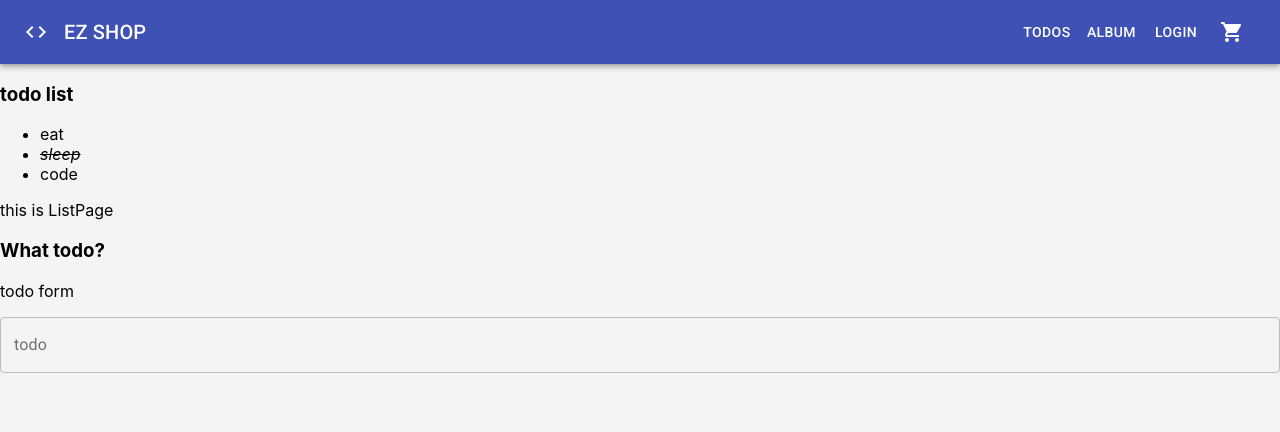
Repository: anhmuoi/learn-reactjs
Page: /todos
An editor plug-in stored every save of this project. The page is shown before and after the next save, followed by the edit.
The browser window is 1280 px wide. The pictures show the whole page.
The project was rebuilt for these pictures with package versions that can differ from the ones it lists, and the page was loaded fresh each time. Also part of the build but not shown: src/components/form-controls/PasswordField/index.js, src/features/Auth/components/LoginForm/index.jsx, src/features/Auth/components/Login/index.jsx, src/features/Auth/components/RegisterForm/index.jsx, src/features/Auth/components/Register/index.jsx, src/features/album/components/Album/index.jsx, src/features/album/components/AlbumList/style.scss, src/features/album/components/AlbumList/index.jsx and 28 more. Imported but missing from the stored project, and not drawn on this page: src/features/Product/components/ProductAdditional.jsx, src/features/Product/components/ProductReviews.jsx.

Above is the page before, as saved 2021-09-25 19:47:37.

After the next save:
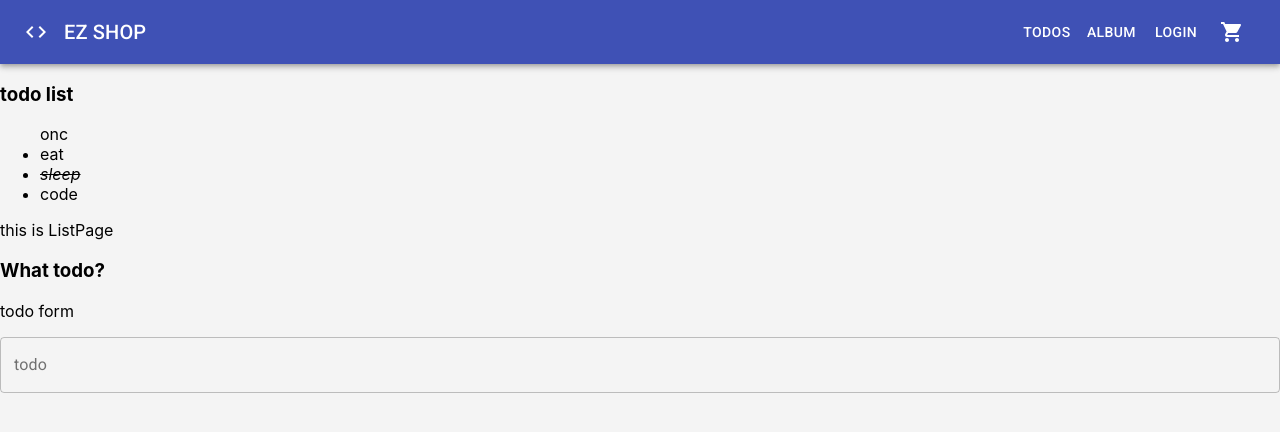
Saved 8 s later.
--- a/src/features/Todo/components/TodoList/index.jsx
+++ b/src/features/Todo/components/TodoList/index.jsx
@@ -21,6 +21,7 @@
 
   return (
     <ul className="todoList">
+    onc
       {todoList.map((todo) => (
         <li
           key={todo.id}

After the save that followed:
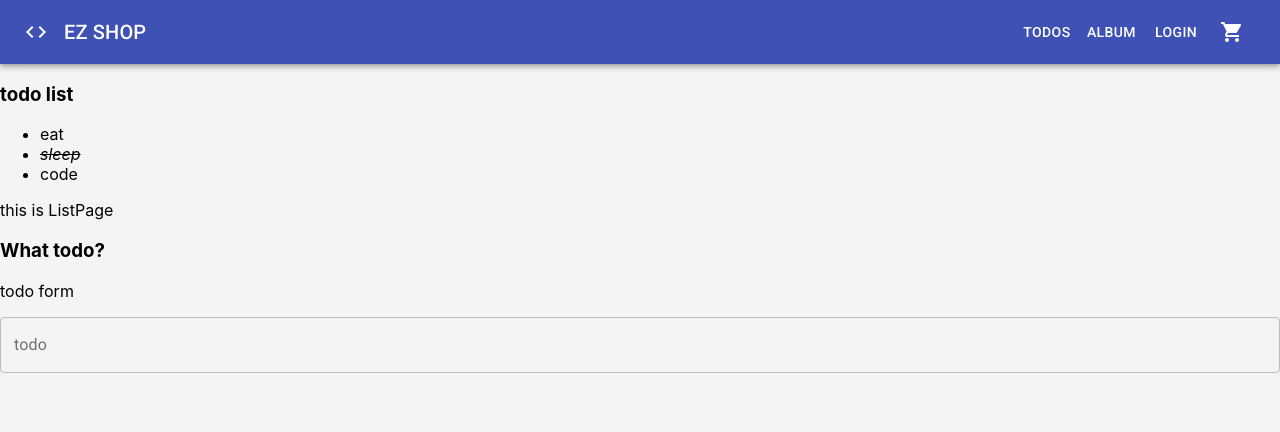
Saved 5 s later.
--- a/src/features/Todo/components/TodoList/index.jsx
+++ b/src/features/Todo/components/TodoList/index.jsx
@@ -21,7 +21,7 @@
 
   return (
     <ul className="todoList">
-    onc
+
       {todoList.map((todo) => (
         <li
           key={todo.id}
